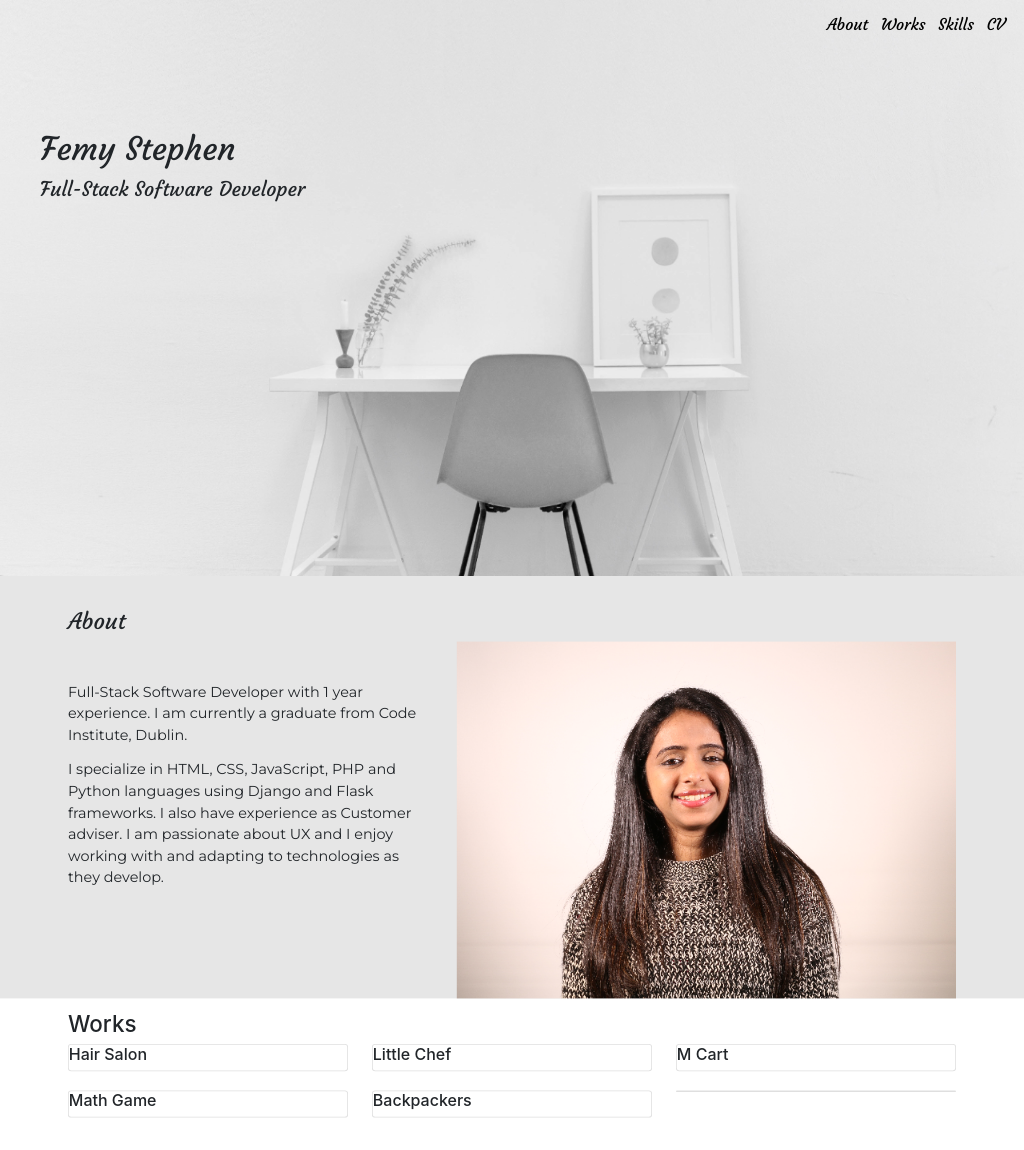
Repository: femy16/FemyStephen
Page: index.html
The author's editor kept a record of every edit. The page is drawn from the files as they stood at one moment, then again after the next edit.
The browser window is 1280 px wide. The pictures show the whole page, at 80% of full size.
Backgrounds fixed to the window are drawn as part of the page. Some web libraries are served in a nearby version.

Above is the page before.
Not found: hover.css

### index.html
<!DOCTYPE html>
<html lang="en">

<head>
    <meta charset="UTF-8">
    <meta name="viewport" content="width=device-width, initial-scale=1.0">
    <meta http-equiv="X-UA-Compatible" content="ie=edge">
    <link href="https://fonts.googleapis.com/css?family=Courgette|Kaushan+Script|Montserrat:300i&display=swap" rel="stylesheet">
    <link rel="stylesheet" href="https://use.fontawesome.com/releases/v5.3.1/css/all.css" integrity="sha384-mzrmE5qonljUremFsqc01SB46JvROS7bZs3IO2EmfFsd15uHvIt+Y8vEf7N7fWAU" crossorigin="anonymous">
    <link rel="stylesheet" href="hover.css" type="text/css" />
    <link rel="stylesheet" href="https://maxcdn.bootstrapcdn.com/bootstrap/4.0.0/css/bootstrap.min.css" integrity="sha384-Gn5384xqQ1aoWXA+058RXPxPg6fy4IWvTNh0E263XmFcJlSAwiGgFAW/dAiS6JXm" crossorigin="anonymous">
    <link rel="stylesheet" href="style.css" type="text/css" />
    <link href="https://fonts.googleapis.com/css?family=Montserrat" rel="stylesheet">
    <title>Femy Stephen</title>
</head>

<body>
    <header id="landing-view">


        <nav class="navbar navbar-expand-md navbar-masthead navbar-default navbar-fixed-top">
            <div class="container topmenu">


                <button class="navbar-toggler" type="button" data-toggle="collapse" data-target="#collapsibleNavbar">
    <span class="fa fa-bars" ></span>
  </button>
            </div>
            <div class="collapse navbar-collapse" id="collapsibleNavbar">
                <ul class="navbar-nav">
                    <li class="nav-item">
                        <a class="nav-link" href="#about">About</a>
                    </li>
                    <li class="nav-item">
                        <a class="nav-link" href="#works">Works</a>
                    </li>
                    <li class="nav-item">
                        <a class="nav-link" href="products.html">Skills</a>
                    </li>
                    <li class="nav-item">
                        <a class="nav-link" href="contac_us.html">CV</a>
                    </li>
                </ul>
            </div>
        </nav>
        <div class="headercontainer">
            <h1 class="name">Femy Stephen</h1>
            <p class="title">Full-Stack Software Developer</p>

        </div>

    </header>
    <!--<div class="spacer"></div>-->
    <main>
        <div id="about">
            <div class="container">
                <h3 class="abouthead">About</h3>
                <div class="row">
                    <p>
                        <div class="col discri">
                            <p>Full-Stack Software Developer with 1 year experience. I am currently a graduate from Code Institute, Dublin.</p>
                            <p>I specialize in HTML, CSS, JavaScript, PHP and Python languages using Django and Flask frameworks. I also have experience as Customer adviser. I am passionate about UX and I enjoy working with and adapting to technologies as
                                they develop.</p>
                        </div>
                        <div class="col"><img src="images/fmimg.JPG"></div>
                </div>
                </p>
            </div>
        </div>


        <div id="works">
            <div class="container">
                <h3 class="workshead">Works</h3>
                <div class="row">
                    <p>
                        <div class="col workbox">
                            <div class="card">
                                <h5>Hair Salon</h5>
                                </div><br />
                                <div class="card">
                                    <h5>Math Game</h5>
                                </div><br />

                        </div>
                        <div class="col">
                             <div class="card">
                                  <h5>Little Chef</h5>
                                </div><br />
                            <div class="card">
                                <h5>Backpackers</h5>
                                </div><br />
                        </div>
                        <div class="col">

                                <div class="card">
                                    <h5>M Cart</h5>
                                </div><br />
                                <div class="card">
                                </div><br />
                        </div>
                </div>
                </p>
            </div>
        </div>

    </main>

    <footer>

    </footer>



    <script src="https://code.jquery.com/jquery-3.2.1.slim.min.js" integrity="sha384-KJ3o2DKtIkvYIK3UENzmM7KCkRr/rE9/Qpg6aAZGJwFDMVNA/GpGFF93hXpG5KkN" crossorigin="anonymous"></script>
    <script src="https://cdnjs.cloudflare.com/ajax/libs/popper.js/1.12.9/umd/popper.min.js" integrity="sha384-ApNbgh9B+Y1QKtv3Rn7W3mgPxhU9K/ScQsAP7hUibX39j7fakFPskvXusvfa0b4Q" crossorigin="anonymous"></script>
    <script src="https://maxcdn.bootstrapcdn.com/bootstrap/4.0.0/js/bootstrap.min.js" integrity="sha384-JZR6Spejh4U02d8jOt6vLEHfe/JQGiRRSQQxSfFWpi1MquVdAyjUar5+76PVCmYl" crossorigin="anonymous"></script>
</body>

</html>

### style.css
.navbar {
    background-color: transparent;
    text-align:right;

}

.navbar-fixed-top .container {

    text-align: right;
    margin-right: 1%;
    margin-top: 1%;

}
#landing-view {
    background-attachment: fixed;
    background-image: url('images/landing.jpg');
    background-position: bottom;
    background-size: cover;
    height: 100vh;
    width: 100vw;
    margin-bottom: 0px;
    z-index: 1;
}

body{

    /*background-color: #fdfdfd;*/
    width: 100%;
}


/*.spacer {*/
/*    width: 100%;*/
/*    height: 170px;*/
/*}*/


.nav-link {
    font-family: 'Courgette', cursive;
    font-size: 20px;
    color: black;
    padding-left: 40px;
    padding-right: 40px;
}

/*.nav-item {*/
/*    display: inline-block;*/
/*    padding: 10px;*/
/*    padding-left: 40px;*/
/*    padding-right: 40px;*/
/*}*/
.headercontainer{
    margin-top:100px;
   padding-left: 50px;
   font-family: 'Courgette', cursive;

}
.title{
    font-size:25px;

}
.name{
    font-size:40px;
}
#about{
    background-color: #e6e6e6;
}
.abouthead{
    padding-top:40px;
    font-family: 'Courgette', cursive;
}
.discri{
    margin-top:50px;
    font-family: 'Montserrat', sans-serif;
    font-size: 18px;
}

After the next edit:
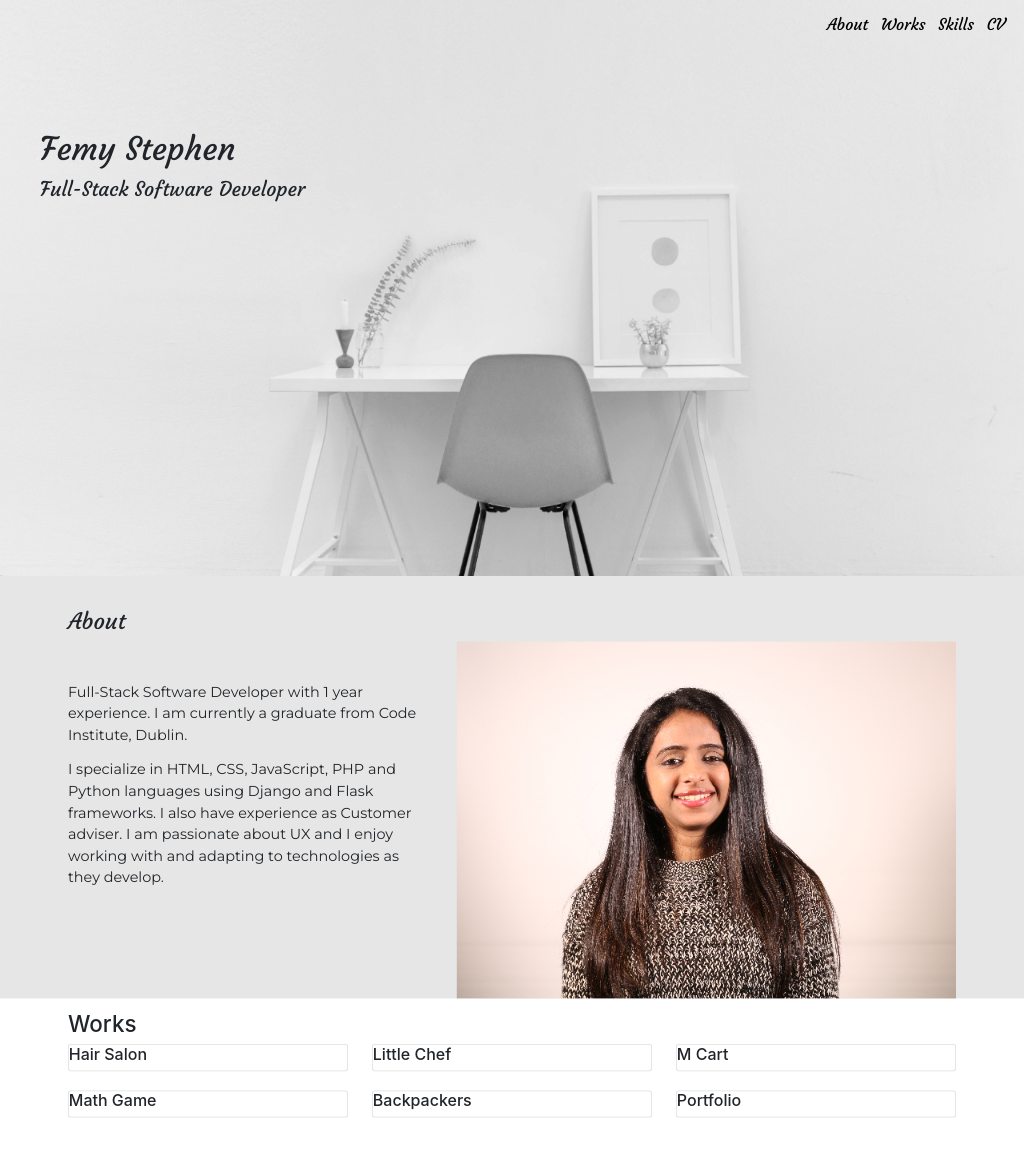
The edit:
--- a/index.html
+++ b/index.html
@@ -97,6 +97,7 @@
                                     <h5>M Cart</h5>
                                 </div><br />
                                 <div class="card">
+                                     <h5>Portfolio</h5>
                                 </div><br />
                         </div>
                 </div>
